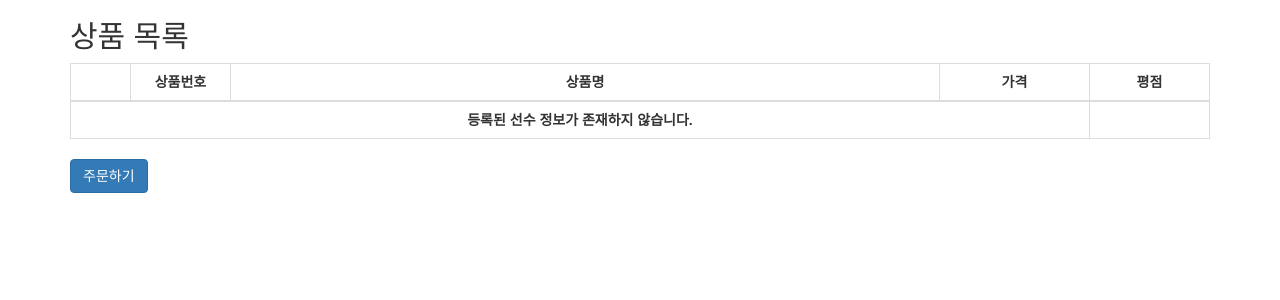
Repository: brotherdoor/shiba
Page: http://localhost/NBookShop_templete/productList.do
An editor plug-in stored every save of this project. The page is shown before and after the next save, followed by the edit.
The browser window is 1280 px wide. The pictures show the whole page.
The page is served by Tomcat 9. Other server files are loaded and not shown. Queries for data that is not in the repository find no rows.

Above is the page before, as saved 2017-02-24 02:51:16.

### jsp/NBookShop_templete/WebContent/productList.jsp
<%@ page language="java" contentType="text/html; charset=UTF-8"
    pageEncoding="UTF-8"%>
<%@ taglib prefix="c" uri="http://java.sun.com/jsp/jstl/core" %>
<!DOCTYPE html>
<html lang="ko">
<head>
    <meta charset="euc-kr">
    <title>상품목록</title>
    <link rel="stylesheet" href="https://maxcdn.bootstrapcdn.com/bootstrap/3.3.2/css/bootstrap.min.css">
    <link href="css/namoosori.css" rel="stylesheet">
</head>
<body>
<div class="container">
    <article>
        <h2>상품 목록</h2>
        <form action="order.do" method="post">
        <table class="table table-bordered">
            <colgroup>
                <col width="60"/>
                <col width="100"/>
                <col width="*"/>
                <col width="150"/>
                <col width="120"/>
            </colgroup>
            <thead>
                <tr>
                    <th class="text-center"></th>
                    <th class="text-center">상품번호</th>
                    <th class="text-center">상품명</th>
                    <th class="text-center">가격</th>
                    <th class="text-center">평점</th>
                </tr>
            </thead>
            <tbody>
            <c:choose>
            <c:when test="${products eq null || empty products }">
            <tr><th colspan="4" class="text-center">등록된 선수 정보가 존재하지 않습니다.</th></tr>
            </c:when>
            <c:otherwise>
            	<c:forEach items="${products }" var="product" varStatus="status">
            		<tr>
                	    <td class="text-center"><label><input type="checkbox" name="buyItems" value="${product.serialNo }"/></label></td>
                	    <td class="text-center">${status.count }</td>
                 	    <td>${product.name }</td>
                 	    <td class="text-right">${product.money }원</td>
                 	    <td><p><span class="starRating"><span style="width:${product.star }%">${product.like }점</span></span></p></td>
               		</tr>
            	</c:forEach>
            </c:otherwise>
            </c:choose>
            </tbody>
        </table>
        <div class="btn-wrap">
            <button class="btn btn-primary" type="submit">주문하기</button>
        </div>
    </article>
    </form>
</div>
</body>
</html>

### jsp/NBookShop_templete/src/shop/controller/ProductListController.java
package shop.controller;

import java.io.IOException;
import java.util.List;

import javax.servlet.ServletException;
import javax.servlet.annotation.WebServlet;
import javax.servlet.http.HttpServlet;
import javax.servlet.http.HttpServletRequest;
import javax.servlet.http.HttpServletResponse;

import shop.domain.Product;
import shop.service.facade.ProductService;
import shop.service.logic.ProductServiceLogic;

@WebServlet("/productList.do")
public class ProductListController extends HttpServlet {
	private static final long serialVersionUID = 1L;

	protected void doGet(HttpServletRequest request, HttpServletResponse response)
			throws ServletException, IOException {
		ProductService service = new ProductServiceLogic();
		List<Product> list = service.getAllProducts();
		request.setAttribute("products", list);
		request.getRequestDispatcher("productList.jsp").forward(request, response);
	}
}

### jsp/NBookShop_templete/src/shop/service/logic/ProductServiceLogic.java
package shop.service.logic;

import java.util.List;

import shop.domain.Product;
import shop.service.facade.ProductService;
import shop.store.facade.ProductStore;
import shop.store.logic.ProductStoreLogic;

public class ProductServiceLogic implements ProductService{

	private ProductStore store;

	public ProductServiceLogic() {
		store = new ProductStoreLogic();
	}

	@Override
	public List<Product> getAllProducts() {
		return store.findAll();
	}

	@Override
	public List<Product> getBuyProducts(String[] serials) {
		return null;
	}

	@Override
	public Product getProduct(String serial) {
		return null;
	}

}

### jsp/NBookShop_templete/src/shop/store/facade/ProductStore.java
package shop.store.facade;

import java.util.List;

import shop.domain.Product;

/**
 * ProductStore
 *
 * @since 2016. 9. 28.
 * @author 진권기 (kwonkijin@nextree.co.kr)
 */

public interface ProductStore {

	List<Product> findAll();

	Product findByNo(int serial);


}

### jsp/NBookShop_templete/src/shop/store/logic/ProductStoreLogic.java
package shop.store.logic;

import java.sql.Connection;
import java.sql.ResultSet;
import java.sql.SQLException;
import java.sql.Statement;
import java.util.ArrayList;
import java.util.List;

import shop.domain.Product;
import shop.store.facade.ProductStore;
import shop.store.utils.ConnectionFactory;
import shop.store.utils.JdbcUtils;

public class ProductStoreLogic implements ProductStore{

	private ConnectionFactory factory;

	public ProductStoreLogic() {
		factory = ConnectionFactory.getInstance();
	}

	@Override
	public List<Product> findAll() {
		Connection conn = null;
		Statement stmt = null;
		ResultSet rs = null;
		List<Product> list = new ArrayList<>();
		try {
			conn = factory.createConnetion();
			stmt = conn.createStatement();
			rs = stmt.executeQuery("select serialNo, name, price, userLike from product_tb");
			while(rs.next()){
				Product product = new Product();
				product.setSerialNo(rs.getInt(1));
				product.setName(rs.getString(2));
				product.setPrice(rs.getInt(3));
				product.setLike(rs.getInt(4));
				list.add(product);
			}
		} catch (SQLException e) {
			e.printStackTrace();
		} finally{
			JdbcUtils.close(conn, stmt, rs);
		}
		return list;
	}

	@Override
	public Product findByNo(int serial) {
		return null;
	}

}

### jsp/NBookShop_templete/src/shop/store/utils/ConnectionFactory.java
package shop.store.utils;


import java.sql.Connection;
import java.sql.DriverManager;
import java.sql.SQLException;

public class ConnectionFactory {
	private static ConnectionFactory instance;

	private static final String DRIVER_NAME = "oracle.jdbc.driver.OracleDriver";
	private static final String URL = "jdbc:oracle:thin:@localhost:1521:xe";
	private static final String USER_NAME = "scott";
	private static final String PASSWORD = "tiger";

	public ConnectionFactory() {
		try {
			Class.forName(DRIVER_NAME);
		} catch (ClassNotFoundException e) {
			e.printStackTrace();
		}
	}

	public static ConnectionFactory getInstance(){
		if(instance == null){
			instance = new ConnectionFactory();
		}
		return instance;
	}

	public Connection createConnetion() throws SQLException{
		return DriverManager.getConnection(URL, USER_NAME, PASSWORD);
	}

}

### jsp/NBookShop_templete/src/shop/store/utils/JdbcUtils.java
package shop.store.utils;

public class JdbcUtils {
	public static void close(AutoCloseable...autoCloseables){
		for(AutoCloseable auto : autoCloseables){
			if(auto == null){
				continue;
			}
			try {
				auto.close();
			} catch (Exception e) {
				e.printStackTrace();
			}
		}
	}
}

### jsp/NBookShop_templete/WebContent/css/namoosori.css
body {
    padding:30px 0;
    border-top:5px solid #428bca;
}
article {
    padding:10px 0;
}
.container {
    width:900px;
    margin:30px auto;
}
.container h2 {
    font-size: 24px;
}
.desc > p {
    padding:15px;
}
.btn-wrap {
    text-align: right;
}
.total-amount {
    font-size:18px;
    text-align: right;
    font-weight: bold;
    border-bottom: 1px dashed #ccc;
    padding-bottom:15px;
}
.jumbotron {
    margin:0 200px;
    background-color: #d9edf7;
}

/* Star Rating */
.starRating,
.starRating span{
    display:inline-block;
    height:14px;
    background:transparent url(../img/icoFiveStar.gif) no-repeat;
    overflow:hidden;
}
.starRating{
    width:79px;
    vertical-align:middle;
}
.starRating span{
    font-size:0;
    line-height:0;
    vertical-align:top;
    text-indent:-100px;
    *text-indent:0;
    background-position:0 -14px;
}

After the next save:
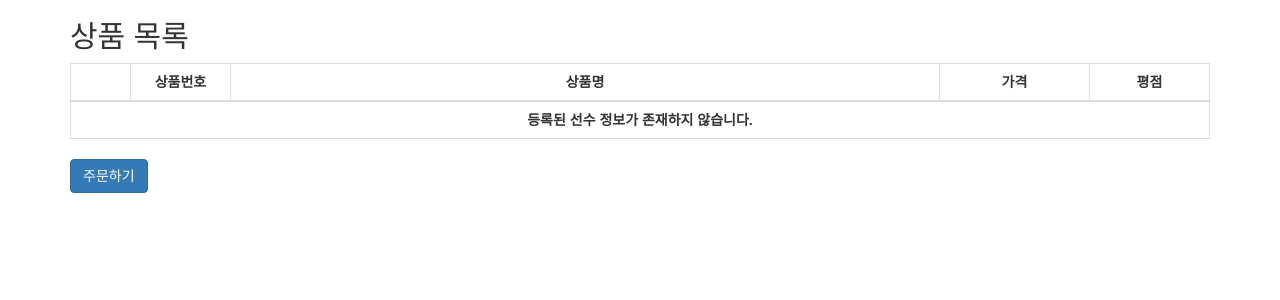
Saved 10 s later.
--- a/jsp/NBookShop_templete/WebContent/productList.jsp
+++ b/jsp/NBookShop_templete/WebContent/productList.jsp
@@ -34,7 +34,7 @@
             <tbody>
             <c:choose>
             <c:when test="${products eq null || empty products }">
-            <tr><th colspan="4" class="text-center">등록된 선수 정보가 존재하지 않습니다.</th></tr>
+            <tr><th colspan="5" class="text-center">등록된 선수 정보가 존재하지 않습니다.</th></tr>
             </c:when>
             <c:otherwise>
             	<c:forEach items="${products }" var="product" varStatus="status">
